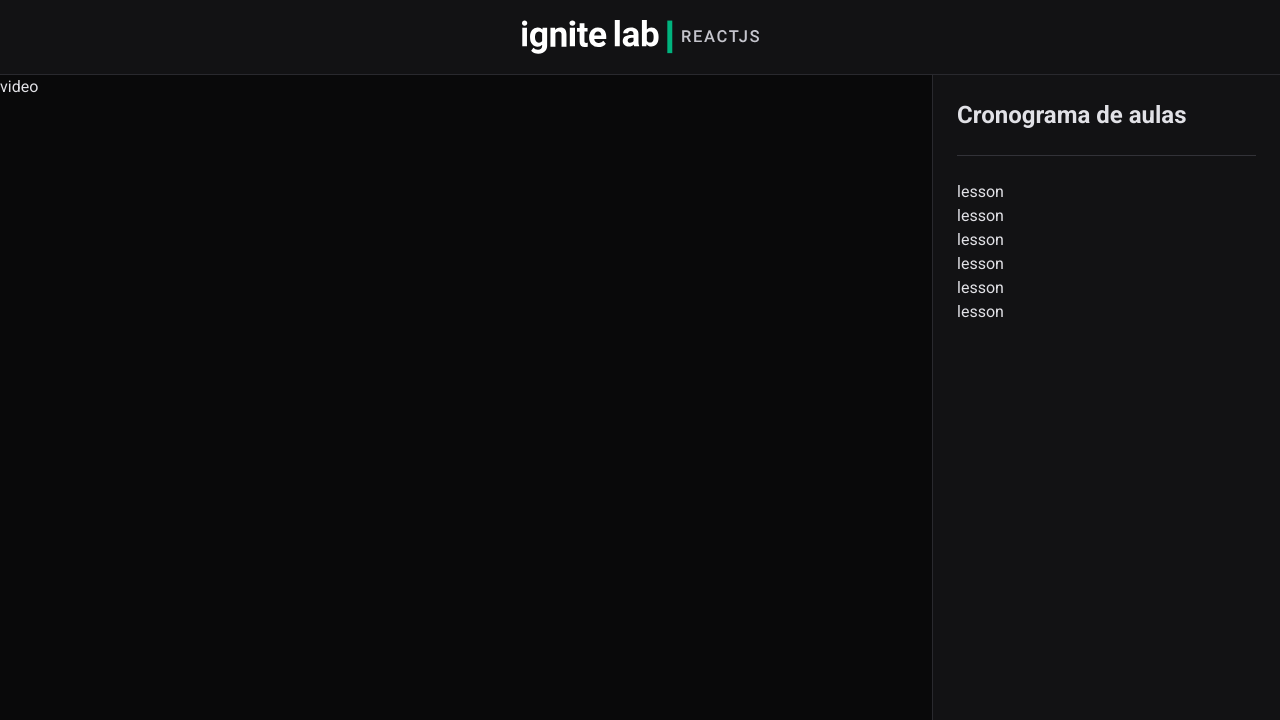
Repository: andynadvorny/event-platform
Page: /event
An editor plug-in stored every save of this project. The page is shown before and after the next save, followed by the edit.
The browser window is 1280 px wide. The pictures show the whole page.
The project was rebuilt for these pictures with package versions that can differ from the ones it lists, and the page was loaded fresh each time. Also part of the build but not shown: vite.config.ts.

Above is the page before, as saved 2022-06-23 14:31:46.

After the next save:
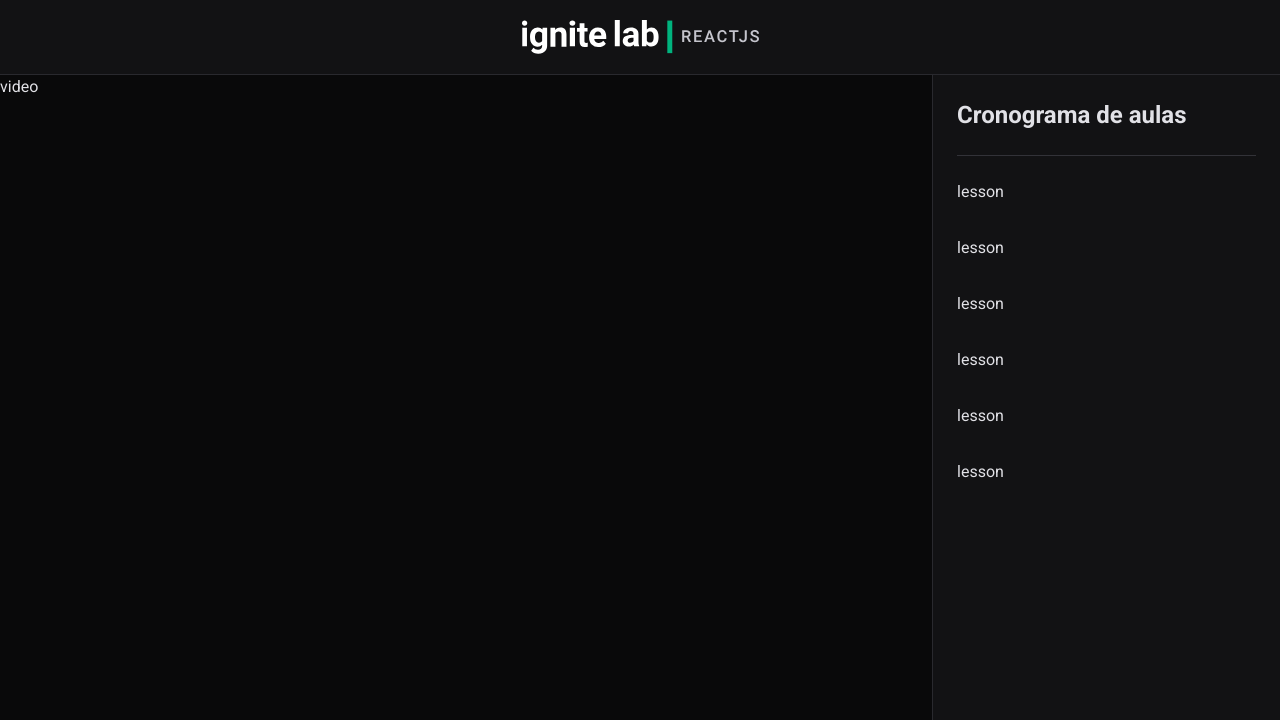
Saved 16 s later.
--- a/src/components/Sidebar.tsx
+++ b/src/components/Sidebar.tsx
@@ -6,7 +6,7 @@
       <span className="font-bold text-2xl pb-6 mb-6 border-b border-gray-500 block">
         Cronograma de aulas
       </span>
-      <div>
+      <div className="flex flex-col gap-8">
         <Lesson />
         <Lesson />
         <Lesson />
